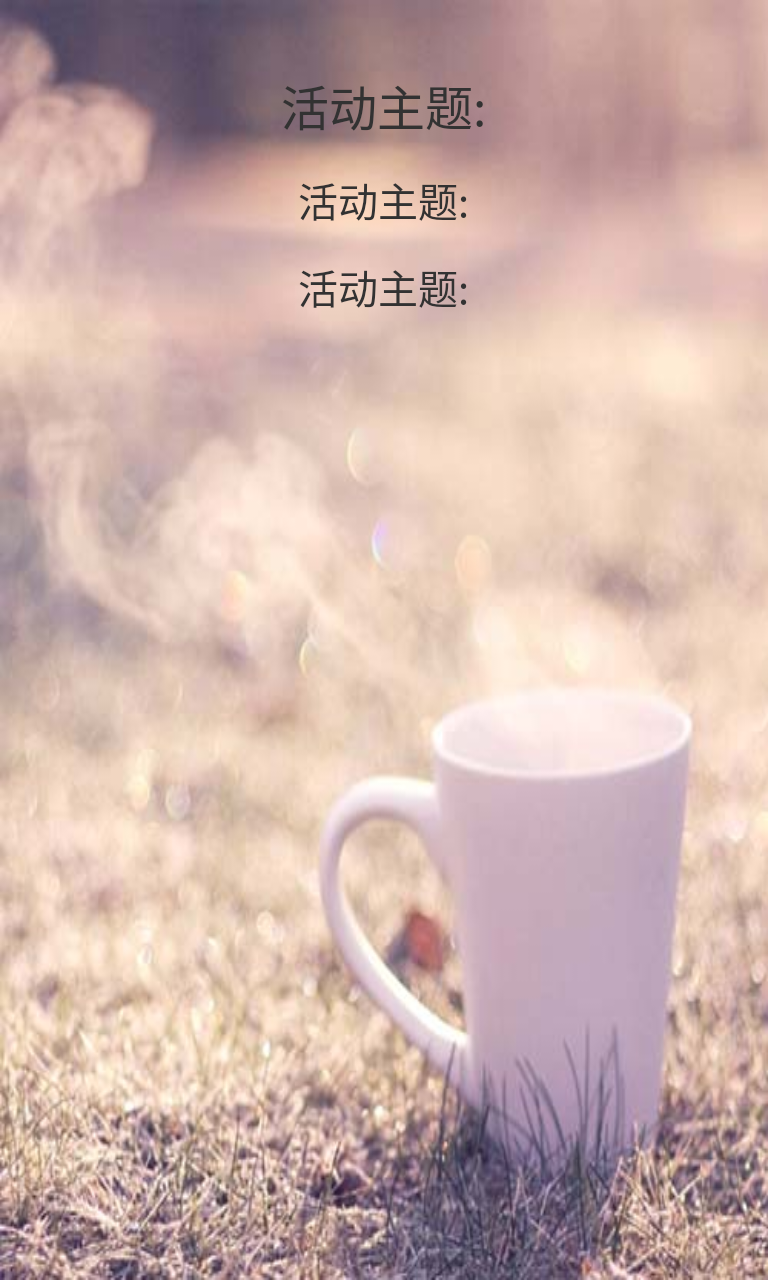
Repository: aojue/HappyAA
Layout: HappyAA/res/layout/two_activity.xml
These files come from the project's save history. The layout is drawn as it stood at one moment and after the next save; the edit follows.
It is drawn on a 768 x 1280 px phone screen (xhdpi) without system bars, with theme AppTheme; the app's code is not run.

Above is the layout before, as saved 2014-10-25 08:04:38.

### HappyAA/res/layout/two_activity.xml
<?xml version="1.0" encoding="utf-8"?>
<RelativeLayout xmlns:android="http://schemas.android.com/apk/res/android"
    xmlns:tools="http://schemas.android.com/tools"
    android:layout_width="match_parent"
    android:layout_height="match_parent"
    android:background="@drawable/ic_lb_c"
    android:paddingBottom="@dimen/activity_vertical_margin"
    android:paddingLeft="@dimen/activity_horizontal_margin"
    android:paddingRight="@dimen/activity_horizontal_margin"
    android:paddingTop="@dimen/activity_vertical_margin"
    tools:context=".TwoActivity" >

            <TextView
                android:id="@+id/text1"
                android:layout_width="wrap_content"
                android:layout_height="wrap_content"
                android:layout_alignParentTop="true"
                android:layout_centerHorizontal="true"
                android:layout_marginTop="19dp"
                android:text="@string/textview1"
                android:textSize="24sp" />

             <TextView
                 android:id="@+id/text2"
                 android:layout_width="wrap_content"
                 android:layout_height="wrap_content"
                 android:layout_below="@+id/text1"
                 android:layout_centerHorizontal="true"
                 android:layout_marginTop="15dp"
                 android:text="@string/textview1"
                 android:textSize="20sp" />

             <TextView
                 android:id="@+id/text3"
                 android:layout_width="wrap_content"
                 android:layout_height="wrap_content"
                 android:layout_alignLeft="@+id/text2"
                 android:layout_below="@+id/text2"
                 android:layout_marginTop="14dp"
                 android:text="@string/textview1"
                 android:textSize="20sp" />

</RelativeLayout>

### HappyAA/res/values/strings.xml
<?xml version="1.0" encoding="utf-8"?>
<resources>

    <string name="app_name">HappyAA</string>
    <string name="new_name">新建活动</string>
    <string name="tell_name">历史讨论组</string>
    <string name="creat_name">创建讨论组</string>
    <string name="action_settings">Settings</string>
    <string name="addnew">新建</string>
    <string name="makesure">确定</string>
	<string name="button1">New</string>
	<string name="textview1">活动主题:</string>
	<string name="textview2">活动口号:</string>
	<string name="textview3">活动时间:</string>
	<string name="btn_caozuo">操作</string>
	<string name="btn_send">发送</string>
	<string name="view_user">胡宪威</string>
	<string name="btn_normal_voice">按住 说话</string>
    <string name="btn_press_voice">松开 结束</string>
</resources>

Loaded but not shown: HappyAA/res/values/styles.xml (common file); HappyAA/res/values-v11/styles.xml (common file); HappyAA/res/values-v14/styles.xml (common file); HappyAA/res/values/dimens.xml (common file); HappyAA/res/values-w820dp/dimens.xml (common file)

After the next save:
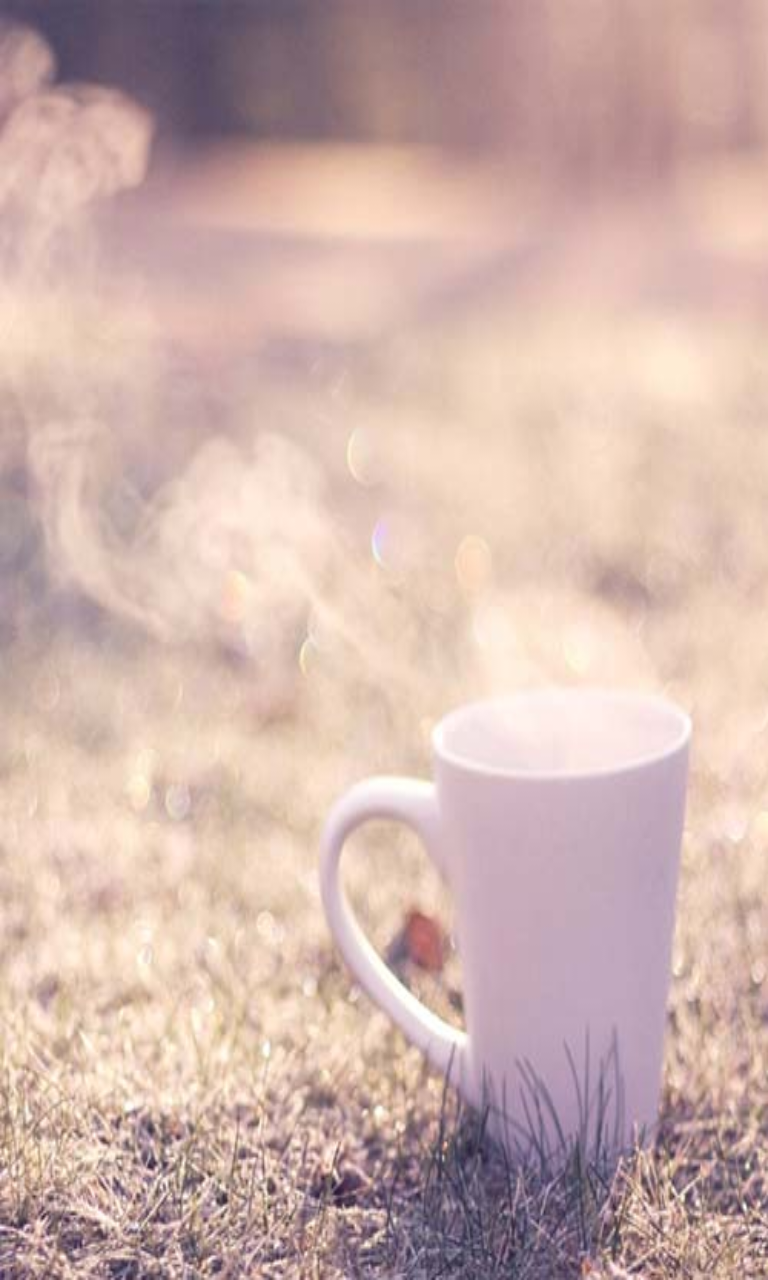
Saved 8 min 0 s later.
--- a/HappyAA/res/layout/two_activity.xml
+++ b/HappyAA/res/layout/two_activity.xml
@@ -17,7 +17,7 @@
                 android:layout_alignParentTop="true"
                 android:layout_centerHorizontal="true"
                 android:layout_marginTop="19dp"
-                android:text="@string/textview1"
+
                 android:textSize="24sp" />
 
              <TextView
@@ -27,7 +27,7 @@
                  android:layout_below="@+id/text1"
                  android:layout_centerHorizontal="true"
                  android:layout_marginTop="15dp"
-                 android:text="@string/textview1"
+
                  android:textSize="20sp" />
 
              <TextView
@@ -37,7 +37,7 @@
                  android:layout_alignLeft="@+id/text2"
                  android:layout_below="@+id/text2"
                  android:layout_marginTop="14dp"
-                 android:text="@string/textview1"
-                 android:textSize="20sp" />
+
+                 android:textSize="15sp" />
 
 </RelativeLayout>
